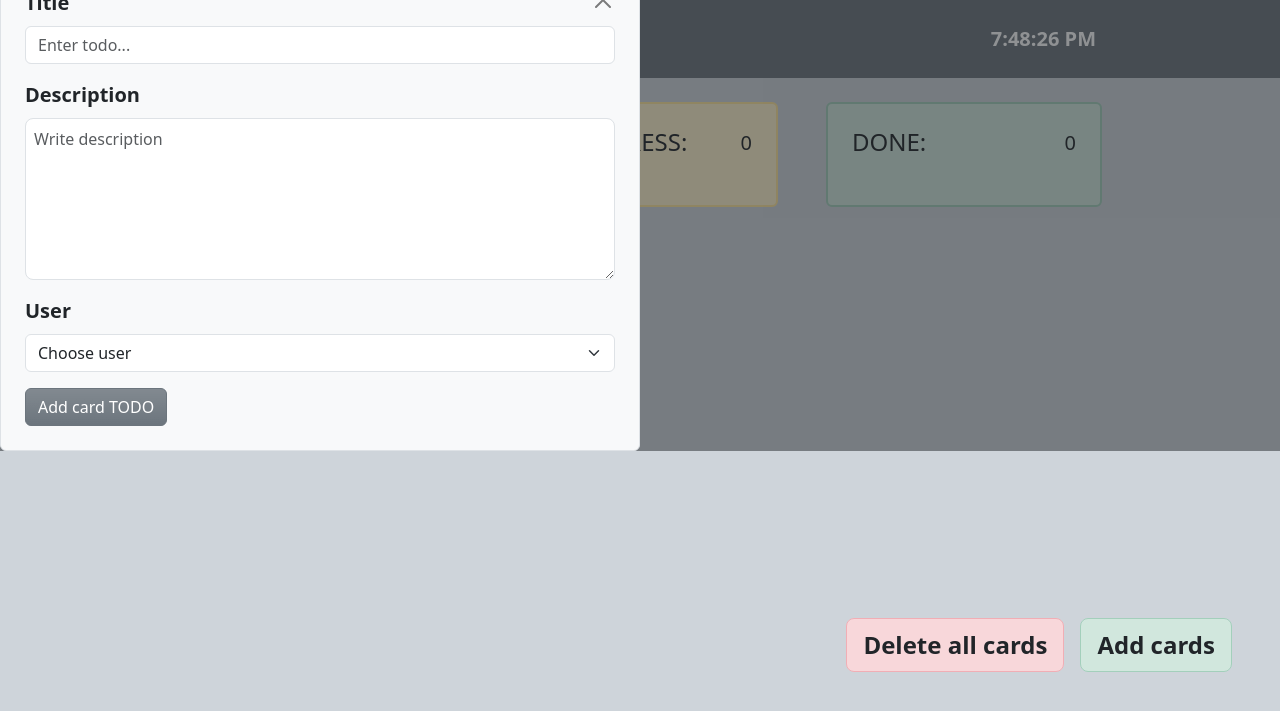
Repository: Valeria154/trello-app-clone
Page: / (app in trello-app-project/)
An editor plug-in stored every save of this project. The page is shown before and after the next save, followed by the edit.
The browser window is 1280 px wide. The pictures show the whole page.
After loading, the first visible `#addCardBtn` was clicked once.
The project was rebuilt for these pictures with package versions that can differ from the ones it lists, and the page was loaded fresh each time. Also part of the build but not shown: trello-app-project/vite.config.js.

Above is the page before, as saved 2025-03-15 20:57:09.

### trello-app-project/src/index.html
<!doctype html>
<html lang="en">

<head>
	<meta charset="UTF-8" />
	<meta name="viewport" content="width=device-width, initial-scale=1.0" />
	<title>Trello</title>
	<script type="module" src="./main.js"></script>
</head>

<body class="bg-dark-subtle">
	<header class="bg-secondary p-3">
		<div class="container d-flex justify-content-between align-items-center mx-autox w-75">
			<h1 class="fs-2 fw-bold text-white">Trello</h1>
			<div class="fs-5 fw-semibold text-white" id="clock"></div>
		</div>
	</header>
	<main class="p-4">
		<div class="container text-center w-75">
			<div class="row align-items-start mb-6 gap-5">
				<!-- TODO -->
				<div class="col border border-primary-subtle border-2 rounded-2 text-dark p-4 bg-primary-subtle">
					<div class="d-flex justify-content-between mb-3">
						<h4>TODO:</h4>
						<div id="todoCount" class="fs-5">0</div>
					</div>
					<div id="todo"></div>
				</div>
				<!-- In progress -->
				<div class="col border border-warning-subtle border-2 rounded-2 text-dark p-4 bg-warning-subtle">
					<div class="d-flex justify-content-between mb-3">
						<h4>IN PROGRESS:</h4>
						<div id="progressCount " class="fs-5">0</div>
					</div>
					<div id="progress"></div>
				</div>
				<!-- Done -->
				<div class="col border border-success-subtle border-2 rounded-2 text-dark p-4 bg-success-subtle">
					<div class="d-flex justify-content-between mb-3">
						<h4>DONE:</h4>
						<div id="doneCount" class="fs-5">0</div>
					</div>
					<div id="done"></div>
				</div>
			</div>
			<div class="d-grid gap-2 d-md-flex justify-content-md-end position-fixed bottom-0 end-0 p-5">
				<button class="btn btn-lg bg-danger-subtle border-danger-subtle me-md-2 fs-4 fw-semibold" type="button"
					id="deleteAllBtn">Delete all
					cards</button>
				<button id="addCardBtn" class="btn btn-lg bg-success-subtle border-success-subtle fs-4 fw-semibold"
					type="button">Add
					cards</button>
			</div>
			<!-- Modal form -->
			<div id="modalFormContainer" class="d-flex justify-content-center align-items-center position-relative"
				style="z-index: 20">
				<!-- <div class="position-fixed top-50 start-50 translate-middle w-100 bg-dark bg-opacity-50">
					<form class="p-4 border rounded bg-light text-start fw-semibold w-50 position-relative">
						<div class="mb-3">
							<label for="titile" class="form-label fs-5">Title</label>
							<input type="text" class="form-control" id="title" placeholder="Enter todo...">
						</div>
						<div class="mb-3">
							<label for="description" class="form-label fs-5">Description</label>
							<textarea class="form-control p-2 rounded-3" id="description" rows="6"
								placeholder="Write description"></textarea>
						</div>
						<div class="mb-3">
							<label for="user" class="form-label fs-5">User </label>
							<select id="user" class="form-select">
								<option selected value="">Choose user</option>
								<option value="Amelia">Amelia</option>
								<option value="Mary">Mary</option>
								<option value="Thomas">Thomas</option>
								<option value="Harry">Harry</option>
								<option value="Susan">Susan</option>
							</select>
						</div>
						<button type="submit" class="btn btn-primary bg-secondary bg-gradient border-secondary">Add card
							TODO</button>
						<button type="button" class="btn-close position-absolute top-0 end-0 me-4 mt-4"
							aria-label="close"></button>
					</form>
				</div> -->
			</div>
		</div>
	</main>

</body>

</html>

### trello-app-project/src/main.js
import './style.scss'
// import javascriptLogo from './javascript.svg'
// import viteLogo from '/vite.svg'

const clockElement = document.querySelector('#clock')
const addCardElement = document.querySelector('#addCardBtn')
const modalFormElement = document.querySelector('#modalFormContainer')

//функция, которая отражает часы
function showClock() {
	clockElement.textContent = new Date().toLocaleTimeString()
}
setInterval(showClock, 1000)
showClock()


//открытие модального окна после клика
addCardElement.addEventListener('click', handleClickButtonAddCard)

function handleClickButtonAddCard() {
	toggleModal(modalFormElement)
	modalFormElement.innerHTML = buildModalForm()
}

function toggleModal(modal) {
	modal.classList.toggle('show'); // Переключает класс "show", отвечающий за видимость
}
function buildModalForm() {
	return `
				<div class="position-fixed top-25 start-25 w-100 bg-dark bg-opacity-50">
					<form class="p-4 border rounded bg-light text-start fw-semibold w-50 position-relative">
						<div class="mb-3">
							<label for="titile" class="form-label fs-5">Title</label>
							<input type="text" class="form-control" id="title" placeholder="Enter todo...">
						</div>
						<div class="mb-3">
							<label for="description" class="form-label fs-5">Description</label>
							<textarea class="form-control p-2 rounded-3" id="description" rows="6"
								placeholder="Write description"></textarea>
						</div>
						<div class="mb-3">
							<label for="user" class="form-label fs-5">User </label>
							<select id="user" class="form-select">
								<option selected value="">Choose user</option>
								<option value="Amelia">Amelia</option>
								<option value="Mary">Mary</option>
								<option value="Thomas">Thomas</option>
								<option value="Harry">Harry</option>
								<option value="Susan">Susan</option>
							</select>
						</div>
						<button type="submit" class="btn btn-primary bg-secondary bg-gradient border-secondary">Add card
							TODO</button>
						<button type="button" class="btn-close position-absolute top-0 end-0 me-4 mt-4"
							aria-label="close"></button>
					</form>
				</div>
	`

}

Loaded but not shown: trello-app-project/src/style.scss (common file)

After the next save:
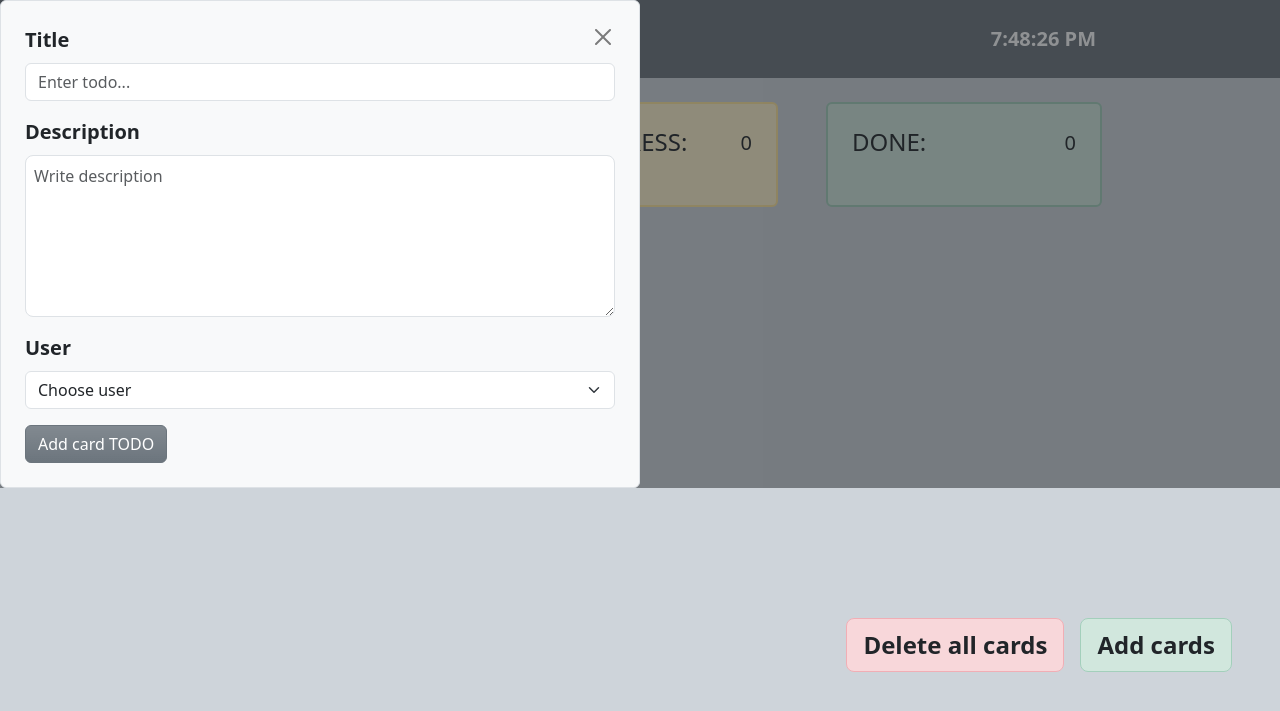
Saved 15 s later.
--- a/trello-app-project/src/main.js
+++ b/trello-app-project/src/main.js
@@ -27,7 +27,7 @@
 }
 function buildModalForm() {
 	return `
-				<div class="position-fixed top-25 start-25 w-100 bg-dark bg-opacity-50">
+				<div class="position-fixed top-0 start-0 w-100 bg-dark bg-opacity-50">
 					<form class="p-4 border rounded bg-light text-start fw-semibold w-50 position-relative">
 						<div class="mb-3">
 							<label for="titile" class="form-label fs-5">Title</label>
